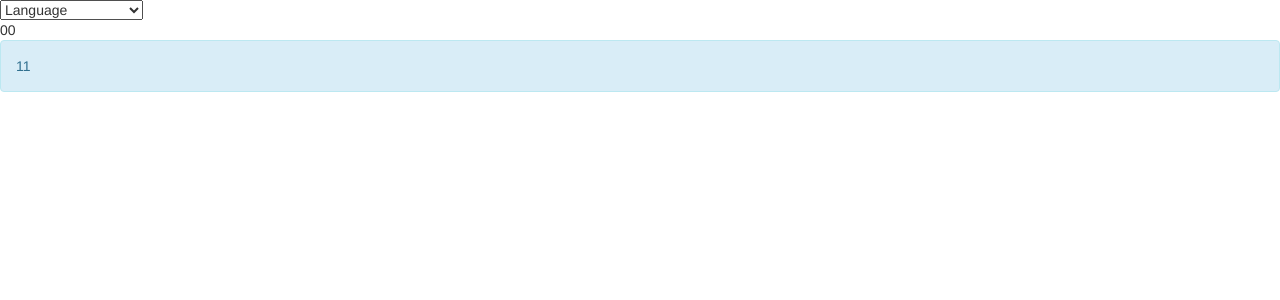
Repository: cwtuan/Locale.js
Page: example/index.html
The author's editor kept a record of every edit. The page is drawn from the files as they stood at one moment, then again after the next edit.
The browser window is 1280 px wide. The pictures show the whole page.
Some web libraries are served in a nearby version.

Above is the page before.

After the next edit:
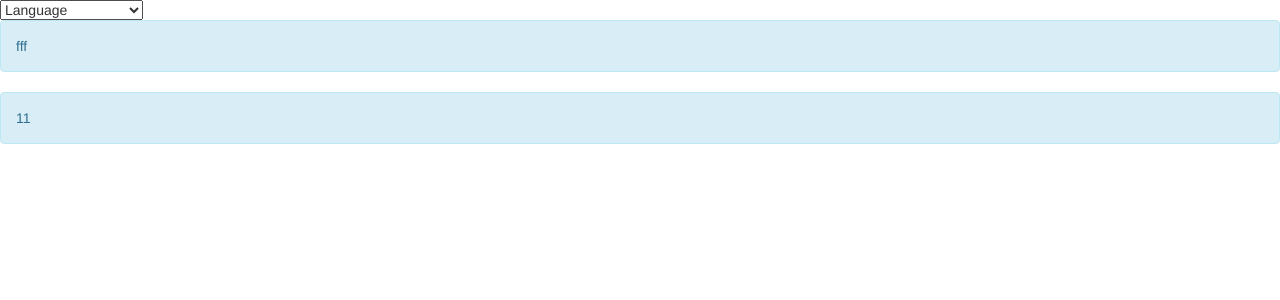
The edit:
--- a/example/index.html
+++ b/example/index.html
@@ -35,8 +35,11 @@
     <!--style="display:none"-->
 
         <!--<h1>Locale.js<small> A Standalone JavaScript Localization Library</small></h1>-->
-        <div id="firstElement" clsss="alert alert-info">00</div>
+        <div id="firstElement" class="alert alert-info">fff</div>
         <div id="sencodElement" class="alert alert-info">11</div>
+
+        <!--<div id="firstElement" clsss="alert alert-info">00</div>-->
+
     </div>
 
     <div id="loadingMask" style="display:none">
